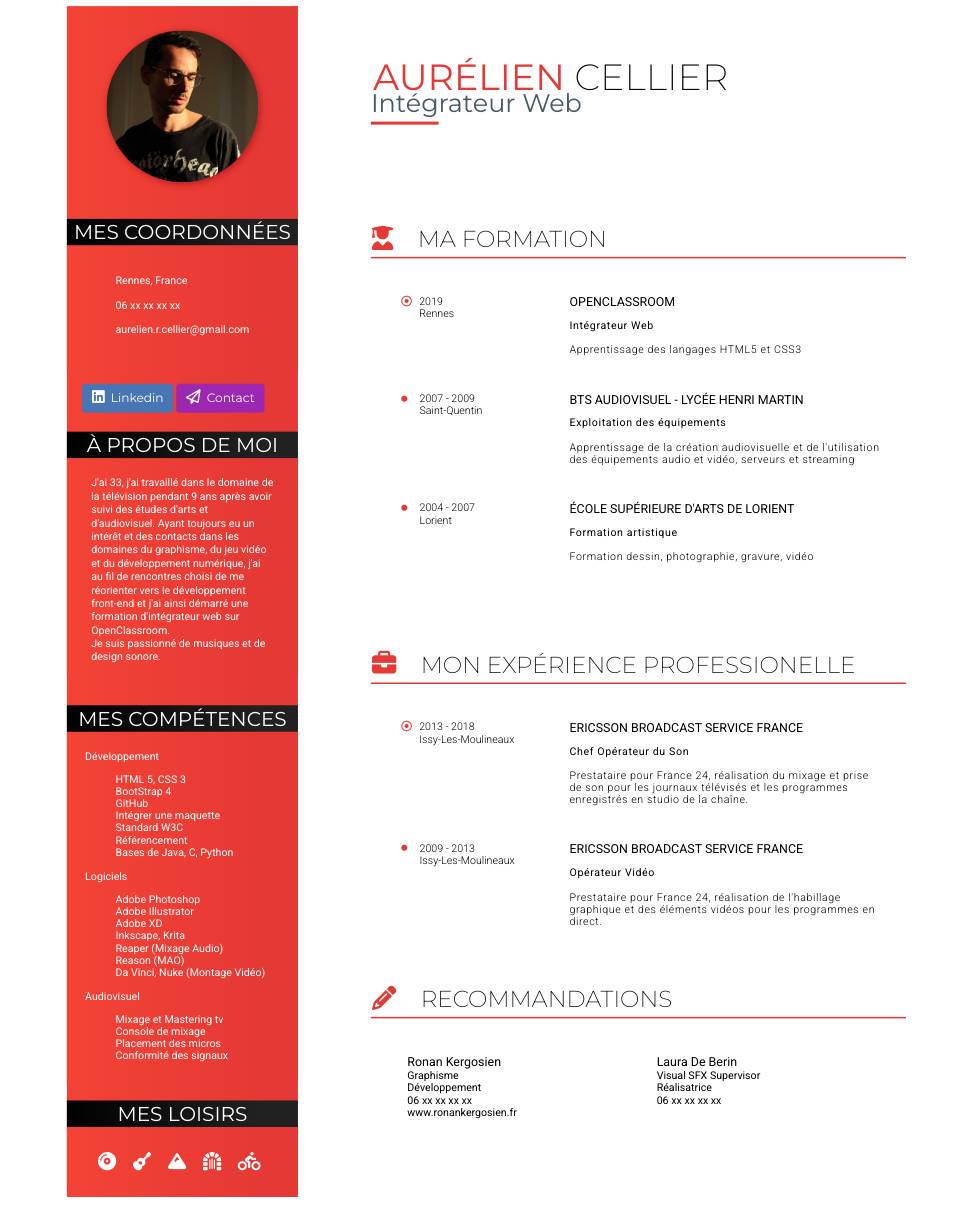
Repository: oc-math-classroom/projet-2
Page: index.html
These files come from the project's save history. The page is drawn as it stood at one moment and after the next save; the edit follows.
The browser window is 1280 px wide. The pictures show the whole page, at 76% of full size.
Some web libraries are served in a nearby version.

Above is the page before, as saved 2019-07-06 13:27:14.

### index.html
<!DOCTYPE html>
<html lang="fr">

<head>
    <meta charset="utf-8" />
    <meta name="description" content="parcours et cv en ligne de Aurélien Cellier, Intégrateur web développement front-end,
        ingénieur du son mixage et mastering, Rennes, France" />
    <meta name="viewport" content="width:device-width, initial-scale=1.0, shrink-to-fit=no" />
    <link rel="stylesheet" href="style.css">
    <!--Font Awesome Icons-->
    <script src="https://kit.fontawesome.com/0b17252669.js"></script>
    <!--Open Fonts-->
    <link href="https://fonts.googleapis.com/css?family=Montserrat:200,400|Roboto:300,400&display=swap"
        rel="stylesheet">
    <title>CV Aurélien Cellier - Intégrateur Web</title>
</head>

<body>
    <div class="page-wrapper">

        <!--Section 1 Header Nom-->
        <header>
            <div class="bloc-title">
                <h1 class="header-title"><span class="title-color-style">Aurélien </span>Cellier<br>
                    <span class="header-subtitle"><span class="underline-color">Intég</span>rateur Web</span></h1>
            </div>
        </header>

        <!--Section 2 Photo-->
        <aside id="photo" class="bloc-sider">
            <img src="images/profilcarre.jpg" alt="Photo de Aurélien Cellier" id="ma-photo" />
        </aside>

        <!--Section 2 bis Contact-->
        <aside id="contact" class="bloc-sider">
            <div class="band-title">
                <h2 class="side-title">Mes Coordonnées</h2>
            </div>
            <div class="bloc-texte-side">
                <ul>
                    <li>Rennes, France</li>
                    <li>06 xx xx xx xx</li>
                    <li><a href="mailto:aurelien.r.cellier@gmail.com">aurelien.r.cellier@gmail.com</a></li>
                </ul>
            </div>
            <div class="bloc-button-side">
                <a href="https://www.linkedin.com/in/aurélien-cellier-0a354a150" class="button button-linkedin">
                    <i class="fab fa-linkedin"></i>Linkedin
                </a>
                <a href="mailto:aurelien.r.cellier@gmail.com" class="button button-email">
                    <i class="far fa-paper-plane"></i>Contact
                </a>
            </div>
        </aside>

        <!--Section 3 Formations -->
        <section id="formation" class="bloc-section">
            <div class="bloc-section-title">
                <h2 class="section-title"><i class="fas fa-user-graduate"></i>Ma Formation</h2>
            </div>

            <ul>
                <li class="element-wrapper">
                    <h3 class="experience">Openclassroom</h3>
                    <div class="dot-wrapper"><i class="far fa-dot-circle"></i>
                        <p class="date-place">2019<br>Rennes</p>
                    </div>
                    <p class="description"><span class="description-poste">Intégrateur Web</span><br>
                        Apprentissage des langages HTML5 et CSS3</p>
                </li>
                <li class="element-wrapper">
                    <h3 class="experience">Bts Audiovisuel - Lycée Henri Martin</h3>
                    <div class="dot-wrapper"><i class="fas fa-circle"></i>
                        <p class="date-place">2007 - 2009<br>Saint-Quentin</p>
                    </div>
                    <p class="description"><span class="description-poste">Exploitation des équipements</span><br>
                        Apprentissage de la création audiovisuelle et de l'utilisation des équipements audio et vidéo,
                        serveurs et streaming</p>
                </li>
                <li class="element-wrapper">
                    <h3 class="experience">École Supérieure d'Arts de Lorient</h3>
                    <div class="dot-wrapper"><i class="fas fa-circle"></i>
                        <p class="date-place">2004 - 2007<br>Lorient</p>
                    </div>
                    <p class="description"><span class="description-poste">Formation artistique</span><br>
                        Formation dessin, photographie, gravure, vidéo</p>
                </li>
            </ul>

        </section>

        <!--Section 4 Expériences professionnelles-->
        <section class="bloc-section" id="experience-pro">
            <div class="bloc-section-title">
                <i class="fas fa-briefcase"></i>
                <h2 class="section-title">Mon Expérience Professionelle</h2>
            </div>

            <ul>
                <li class="element-wrapper">
                    <h3 class="experience">Ericsson Broadcast Service France</h3>
                    <div class="dot-wrapper"><i class="far fa-dot-circle"></i>
                        <p class="date-place">2013 - 2018<br>Issy-Les-Moulineaux</p>
                    </div>
                    <p class="description"><span class="description-poste">Chef Opérateur du Son</span><br>
                        Prestataire pour France 24, réalisation du mixage et prise de son pour les journaux télévisés et
                        les
                        programmes enregistrés en studio de la chaîne.</p>
                </li>
                <li class="element-wrapper">
                    <h3 class="experience">Ericsson Broadcast Service France</h3>
                    <div class="dot-wrapper"><i class="fas fa-circle"></i>
                        <p class="date-place">2009 - 2013<br>Issy-Les-Moulineaux</p>
                    </div>
                    <p class="description"><span class="description-poste">Opérateur Vidéo</span><br>
                        Prestataire pour France 24, réalisation de l'habillage graphique et des éléments vidéos pour les
                        programmes en direct.</p>
                </li>
            </ul>
        </section>

        <!--Section 5 Recommandations-->
        <section id="recommandations" class="bloc-section">
            <div class="bloc-section-title">
                <h2 class="section-title"><i class="fas fa-pencil-alt"></i>Recommandations</h2>
            </div>
            <div class="bloc-wrapper">
                <div class="bloc-contact">
                    <h3 class="contact-name">Ronan Kergosien</h3>
                    <p>Graphisme<br>
                        Développement<br>
                        06 xx xx xx xx<br>
                        <a href="https://www.ronankergosien.fr">www.ronankergosien.fr</a></p>
                </div>
                <div class="bloc-contact">
                    <h3 class="contact-name">Laura De Berin</h3>
                    <p>Visual SFX Supervisor<br>
                        Réalisatrice<br>
                        06 xx xx xx xx</p>
                </div>
            </div>

        </section>

        <!--Section 6 A propos-->
        <section id="about" class="bloc-sider">
            <div class="band-title">
                <h2 class="side-title">À propos de moi</h2>
            </div>
            <div class="bloc-texte-side">
                <p>J'ai 33, j'ai travaillé dans le domaine de la télévision pendant 9 ans après avoir suivi des études
                    d'arts et d'audiovisuel.
                    Ayant toujours eu un intérêt et des contacts dans les domaines du graphisme, du jeu vidéo et du
                    développement numérique, j'ai au fil de rencontres
                    choisi de me réorienter vers le développement front-end et j'ai ainsi démarré une formation
                    d'intégrateur web sur OpenClassroom.</p>
                <p>Je suis passionné de musiques et de design sonore. </p>
            </div>

        </section>

        <!--Section 7 Compétences-->
        <section id="skills" class="bloc-sider">
            <div class="band-title">
                <h2 class="side-title">Mes Compétences</h2>
            </div>
            <div class="bloc-texte-side">
                <h4 class="skill-group-title">Développement</h4>
                <ul>
                    <li>HTML 5, CSS 3</li>
                    <li>BootStrap 4</li>
                    <li>GitHub</li>
                    <li>Intégrer une maquette</li>
                    <li>Standard W3C</li>
                    <li>Référencement</li>
                    <li>Bases de Java, C, Python</li>
                </ul>
                <h4 class="skill-group-title">Logiciels</h4>
                <ul>
                    <li>Adobe Photoshop</li>
                    <li>Adobe Illustrator</li>
                    <li>Adobe XD</li>
                    <li>Inkscape, Krita</li>
                    <li>Reaper (Mixage Audio)</li>
                    <li>Reason (MAO)</li>
                    <li>Da Vinci, Nuke (Montage Vidéo)</li>
                </ul>
                <h4 class="skill-group-title">Audiovisuel</h4>
                <ul>
                    <li>Mixage et Mastering tv</li>
                    <li>Console de mixage</li>
                    <li>Placement des micros</li>
                    <li>Conformité des signaux</li>
                </ul>
            </div>

        </section>

        <!--Section 8 Loisirs-->
        <section id="loisirs" class="bloc-sider">
            <div class="band-title">
                <h2 class="side-title">Mes Loisirs</h2>
            </div>
            <div class="bloc-icon-side">
                <i class="fas fa-compact-disc"></i>
                <i class="fas fa-guitar"></i>
                <i class="fas fa-mountain"></i>
                <i class="fas fa-dungeon"></i>
                <i class="fas fa-biking"></i>
            </div>
        </section>

    </div>

</body>

</html>

### style.css
/* reset */
div, h1, h2, h3, h4{
    margin: 0;
    padding: 0;
    font-weight: 400;
}

p{
    margin-bottom: 0;
    padding-bottom: 1rem;
}

ul{
    list-style-type: none;
    margin-bottom: 0;
    padding-bottom: 1rem;
}

a{
    text-decoration: none;
    color: inherit;
}

/* fin reset */

.page-wrapper{
    font-family: 'Roboto', Arial, Helvetica, sans-serif;
    font-weight: 400;
    font-size: 14px;
    margin: auto;
    background: white;
}

.bloc-title{
    padding: 2rem;
    padding-top: 2rem;
    margin-bottom: 2rem;
}

.header-title{
    font-family: 'Montserrat', Arial, Helvetica, sans-serif;
    font-weight: 200;
    font-size: 3rem;
    text-transform: uppercase;
    text-indent: 0.18rem;
}

.title-color-style{
    font-weight: 400;
    color: #e53935;
}

.header-subtitle {
    font-weight: 400;
    font-size: 2.1rem;
    color:#455A64;
    text-transform: capitalize;
}

.underline-color {
    padding-bottom: 5px;
    border-bottom: 4px solid #e53935;
}

#photo {
    text-align: center;
    padding-top: 2rem;
    background: linear-gradient(to left, #e53935 50px, #f44336);
    padding-bottom: 2rem;
}

#ma-photo {
    max-width: 200px;
    border-radius: 100px;
    box-shadow: 2px 2px 10px #b71c1c;
}

#contact li {
    padding-bottom: 1rem;
}

.bloc-section {
    padding-top: 1rem;
    margin-left: 1rem;
    margin-right: 1rem;
    padding-bottom: 1rem;
}

.section-title {
    font-family: 'Montserrat', Arial, Helvetica, sans-serif;
    font-weight: 200;
    font-size: 1.5rem;
    text-transform: uppercase;
}

.bloc-section-title .fas {
    text-indent: 0.1rem;
    color: #e53935;
    margin-right: 1rem;
    font-size: 1.5rem;
}

.bloc-section-title{
    border-bottom: 2px solid #e53935;
    padding-bottom: 5px;
    margin-bottom: 2rem;
    display: flex;
}

.date-place{
    grid-column: 1/2;
    grid-row: 1/2;
    font-weight: 300;
}

.experience{
    font-weight: 400;
    grid-column: 2/4;
    grid-row: 1/2;
    text-transform: uppercase;
}

.description{
    grid-column: 2/4;
    grid-row: 2/3;
    font-weight: 300;
    letter-spacing: 0.05rem;
    padding-right: 2rem;
}

.description-poste{
    font-weight: 400;
    display: block;
}


.dot-wrapper .far, .dot-wrapper .fas{
    display: none;
}

.dot-wrapper .fas{
    font-size: 0.5rem;
    line-height: 1rem;
}

.nom-du-contact{
    margin-bottom: 1rem;
}

.bloc-wrapper{
    padding-top: 1rem;
    margin-left: 1rem;
    display: grid;
    grid-template-columns: 1fr 1fr;
    grid-template-rows: auto;
}

.bloc-wrapper + .bloc-contact:odd{
    grid-column: 2/3;
}

.bloc-texte-side, .bloc-bouton-side, .bloc-icon-side{
    background-color: #e53935; background: linear-gradient(to left, #e53935 50px, #f44336); color: white;
    padding-top: 1.5rem;
    padding-left: 1.5rem;
    padding-bottom: 1rem;
    padding-right: 1.5rem;
}

.bloc-sider{
    margin-left: 0.5rem;
    margin-right: 0.5rem;
}

.band-title{
    background-color: black;
    background: linear-gradient(to left, #212121 50px, black);
    color: white;
    text-align: center;
    line-height: 2.2rem;
    font-family: 'Montserrat', Arial, Helvetica, sans-serif;
    font-weight: 200;
    font-size: 1.1rem;
    text-transform: uppercase;
}

.bloc-icon-side{
    text-align: center;
    letter-spacing: 0.5rem;
    padding: 2rem;
    font-size: 1.5rem;
}

.bloc-button-side{
    text-align: center;
    padding-top: 1rem;
    padding-right: 1.5rem;
    padding-bottom: 1rem;
}

.button{
    display: inline-block;
    font-weight: 400;
    font-family: 'Montserrat', Arial, Helvetica, sans-serif;
    text-align: center;
    vertical-align: middle;
    padding: 0.375rem 0.75rem;
    font-size: 1rem;
    line-height: 1.5;
    border-radius: 0.25rem;
    transition: color 0.15s ease-in-out, background-color 0.15s ease-in-out, border-color 0.15s ease-in-out, box-shadow 0.15s ease-in-out;
}

.button-email{
    background-color: #9C27B0;
    border: 1px solid #9C27B0;
    color: white;
}

.button-email:hover{
    background-color: white;
    color: #9C27B0;
}


.button-linkedin{
    background-color: #4875B4;
    border: 1px solid #4875B4;
    color: white;
}

.button i{
    font-size: 1.2rem;
    margin-right: 0.5rem;
}

.button-linkedin:hover{
    background-color: white;
    color: #4875B4;
}

@media (min-width: 768px){

    /* reset */
    p{
    margin: 0;
    padding: 0;
    font-weight: 400;
    }

    .header-title{
        font-family: 'Montserrat', Arial, Helvetica, sans-serif;
        font-weight: 200;
        font-size: 3rem;
        text-transform: uppercase;
        line-height: 1.75rem;
        text-indent: 0.18rem;
    }

    .bloc-title{
        padding: 3rem;
        padding-top: 5rem;
        margin-bottom: 2rem;
    }

    .element-wrapper{
        display: grid;
        grid-template-columns: 1fr 2fr;
        grid-template-rows: auto auto;
        padding-top: 1rem;
        margin-bottom: 2rem;
    }

    .dot-wrapper{
        display: flex;
    }

    .dot-wrapper .far, .dot-wrapper .fas{
        display: inline;
        color: #e53935;
        margin-right: 0.6rem;
        line-height: 1.1rem;
    }

    .dot-wrapper .fas{
        display: inline;
        font-size: 0.5rem;
        line-height: 1rem;
        margin-right: 1rem;
    }

    #about .bloc-texte-side{
        padding-left: 2rem;
        padding-right: 2rem;
        line-height: 1.1rem;
    }

    .bloc-section{
        padding-top: 3rem;
        margin-left: 3rem;
        margin-right: 3rem;
        padding-bottom: 1rem;
    }

    .bloc-wrapper{
        margin-left: 3rem;
    }

    .bloc-sider{
        margin-left: 3rem;
        margin-right: 3rem;
    }

    .bloc-section-title .fas{
        margin-right: 2rem;
        font-size: 2rem;
    }

    .section-title{
        font-size: 1.9rem;
    }

}

@media (min-width: 992px){

    .page-wrapper{
        max-width: 1200px;
        font-size: 14px;
        margin: auto;
        display: grid;
        grid-template-columns: 1fr 2fr;
        grid-template-rows: repeat(40, 40px);
    }

    header{
        grid-column: 2/4;
        grid-row: 1/7;
    }

    #photo{
        grid-column: 1/2;
        grid-row: 1/40;
        background-color: #e53935;
        background: linear-gradient(to left, #e53935 50px, #f44336);
    }

    #formation{
        grid-column: 2/4;
        grid-row: 7/21;
    }

    #experience-pro{
        grid-column: 2/4;
        grid-row: 21/30;
    }

    #recommandations{
        grid-column: 2/4;
        grid-row: 32;
    }

    #contact{
        grid-column: 1/2;
        grid-row: 8/15
    }

    #about{
        grid-column: 1/2;
        grid-row: 15/24;
    }

    #skills{
        grid-column: 1/2;
        grid-row: 24/37;
    }

    #loisirs{
        grid-column: 1/2;
        grid-row: 37;
    }

    .bloc-sider{
        margin-left: 1rem;
        margin-right: 1rem;
    }

}

@media (min-width:1200px){

    .bloc-sider{
        margin-left: 3rem;
        margin-right: 3rem;
    }

}

After the next save:
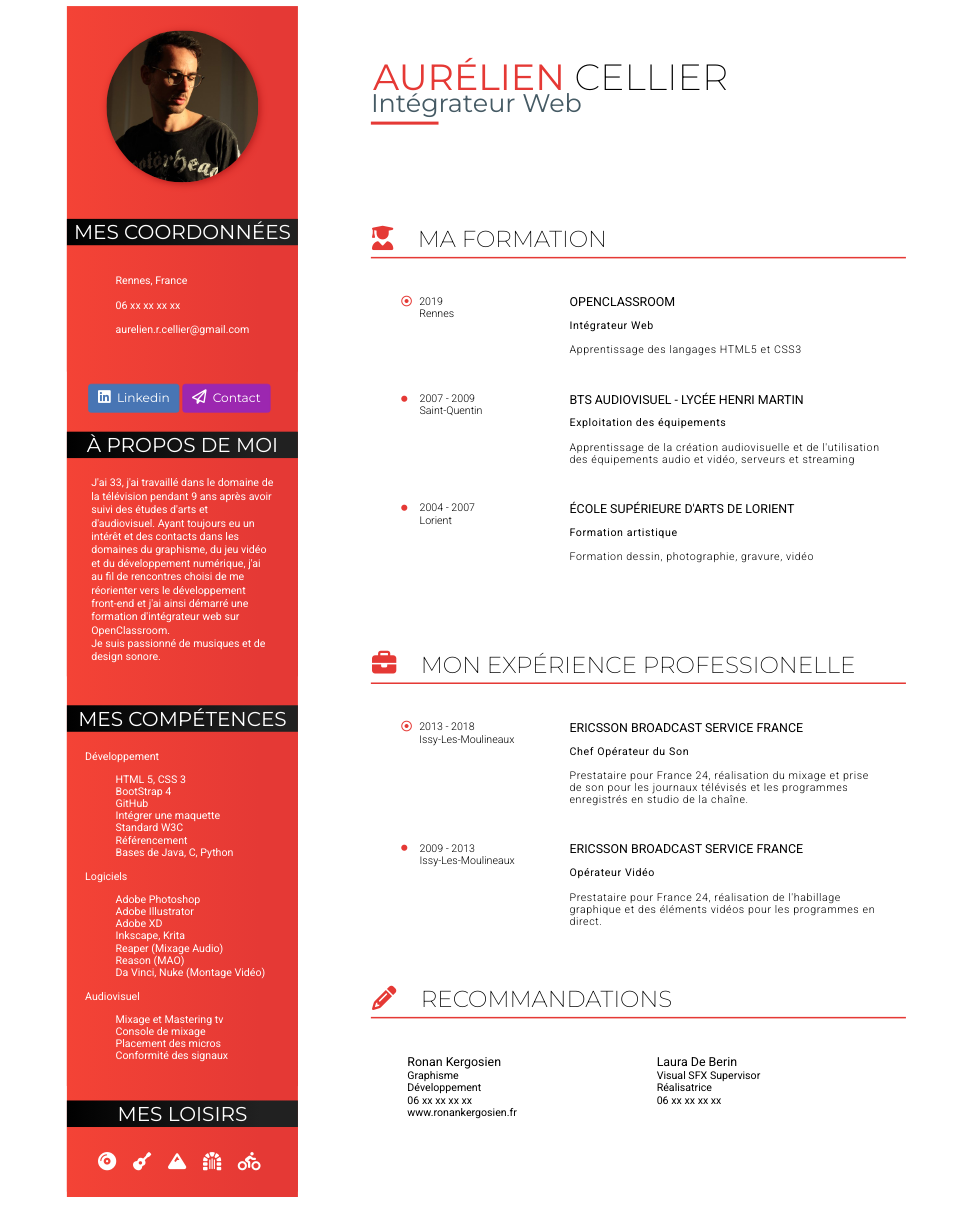
Saved 38 s later.
--- a/style.css
+++ b/style.css
@@ -194,6 +194,7 @@ a{
 .bloc-button-side{
     text-align: center;
     padding-top: 1rem;
+    padding-left: 1rem;
     padding-right: 1.5rem;
     padding-bottom: 1rem;
 }
